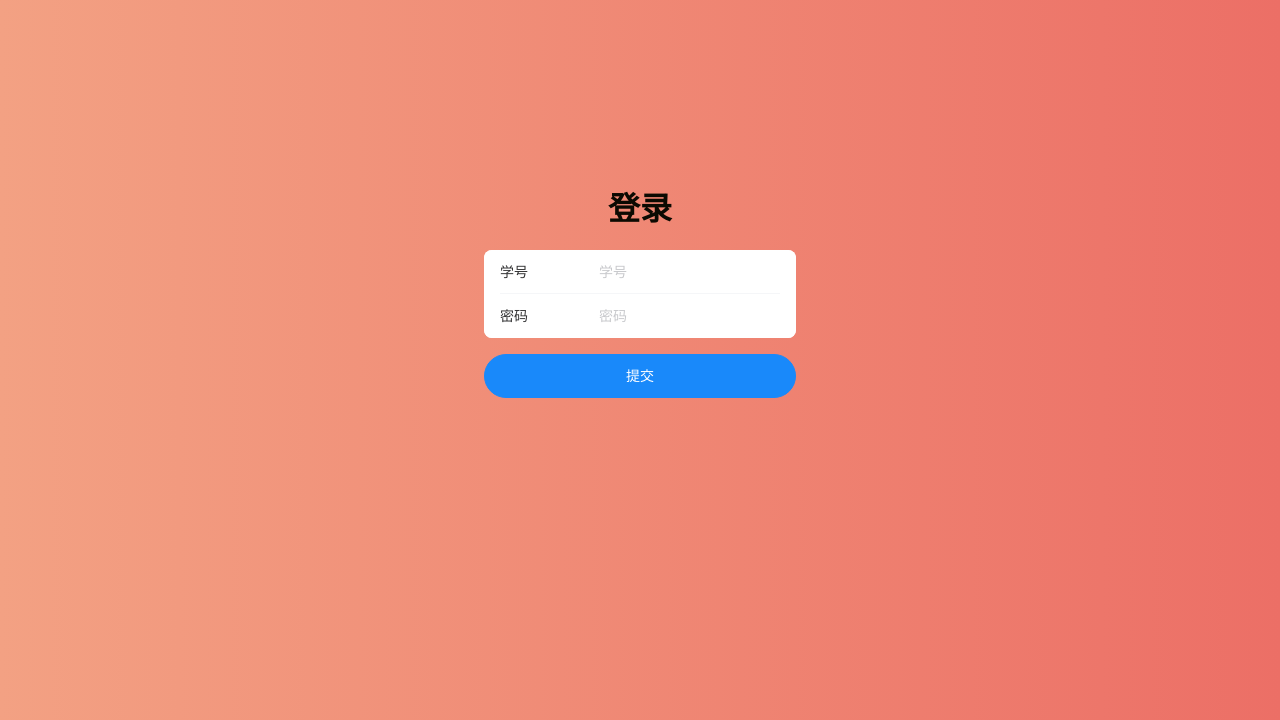
Repository: Qwenicq/new_sys
Page: /login (app in new-syws/)
These files come from the project's save history. The page is drawn as it stood at one moment and after the next save; the edit follows.
The browser window is 1280 px wide. The pictures show the whole page.
The project was rebuilt for these pictures with package versions that can differ from the ones it lists, and the page was loaded fresh each time. Also part of the build but not shown: new-syws/vite.config.js, new-syws/src/components/user.vue.

Above is the page before, as saved 2024-01-27 12:56:47.

### new-syws/src/router/index.js
import { createRouter, createWebHistory } from 'vue-router'

const router = createRouter({
  history: createWebHistory(import.meta.env.BASE_URL),
  routes: [
    { path: '/login', component: () => import('@/views/login/LoginPage.vue') },
    {
      path: '/',
      component: () => import('@/views/layout/LayoutPage.vue'),
      redirect: '/index/content',
      children: [
        {
          path: '/index/content',
          component: () => import('@/views/layout/LayContain.vue')
        },
        {
          path: '/index/user',
          component: () => import('@/views/user/UserPage.vue')
        }
      ]
    },
    {
      path: '/android',
      component: () => import('@/views/detail/AndroidPage.vue')
    },
    { path: '/ios', component: () => import('@/views/detail/IosPage.vue') },
    { path: '/lab', component: () => import('@/views/detail/LabPage.vue') },
    {
      path: '/server',
      component: () => import('@/views/detail/ServerPage.vue')
    },
    { path: '/web', component: () => import('@/views/detail/WebPage.vue') }
  ]
})

export default router

### new-syws/src/views/login/LoginPage.vue
<script setup></script>

<template>
  <div class="Bg">
    <div class="main">
      <h1>登录</h1>
      <van-form @submit="onSubmit">
        <van-cell-group inset>
          <van-field
            v-model="username"
            name="学号"
            label="学号"
            placeholder="学号"
            :rules="[{ required: true, message: '请填写学号' }]"
          />
          <van-field
            v-model="password"
            type="password"
            name="密码"
            label="密码"
            placeholder="密码"
            :rules="[{ required: true, message: '请填写密码' }]"
          />
        </van-cell-group>
        <div style="margin: 16px">
          <van-button round block type="primary" native-type="submit">
            提交
          </van-button>
        </div>
      </van-form>
    </div>
  </div>
</template>

<style scoped>
.Bg {
  font-family: 'STKaiti', '华文楷体', sans-serif;
  position: relative;
  height: 100vh;
  background: #ec6f66; /* fallback for old browsers */
  background: -webkit-linear-gradient(
    to right,
    #f3a183,
    #ec6f66
  ); /* Chrome 10-25, Safari 5.1-6 */
  background: linear-gradient(
    to right,
    #f3a183,
    #ec6f66
  ); /* W3C, IE 10+/ Edge, Firefox 16+, Chrome 26+, Opera 12+, Safari 7+ */
}

h1 {
  text-align: center;
  color: #0c0a02;
}
.main {
  flex-direction: column;
  display: flex;
  justify-content: center;
  align-items: center;
  height: 80vh;
}
</style>

Loaded but not shown: new-syws/index.html (common file); new-syws/src/main.js (common file); new-syws/src/App.vue (common file)

After the next save:
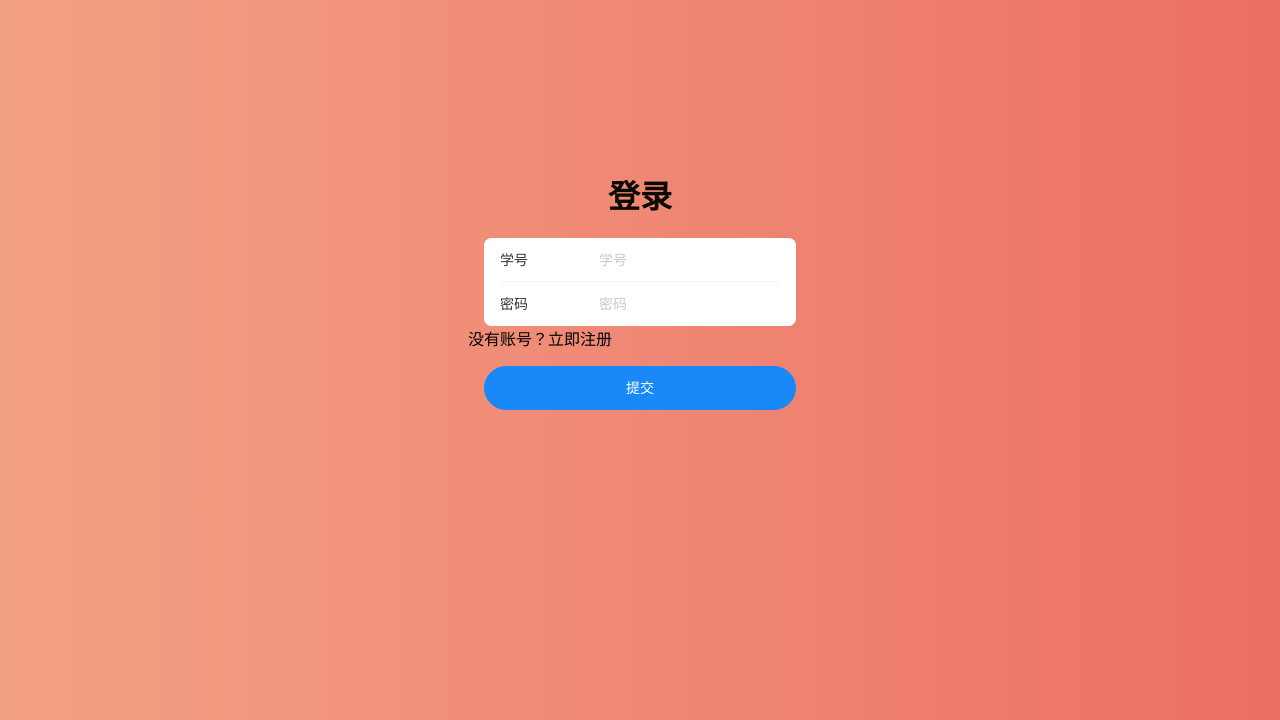
Saved 79 s later.
--- a/new-syws/src/views/login/LoginPage.vue
+++ b/new-syws/src/views/login/LoginPage.vue
@@ -22,6 +22,7 @@
             :rules="[{ required: true, message: '请填写密码' }]"
           />
         </van-cell-group>
+        <a>没有账号？立即注册</a>
         <div style="margin: 16px">
           <van-button round block type="primary" native-type="submit">
             提交
